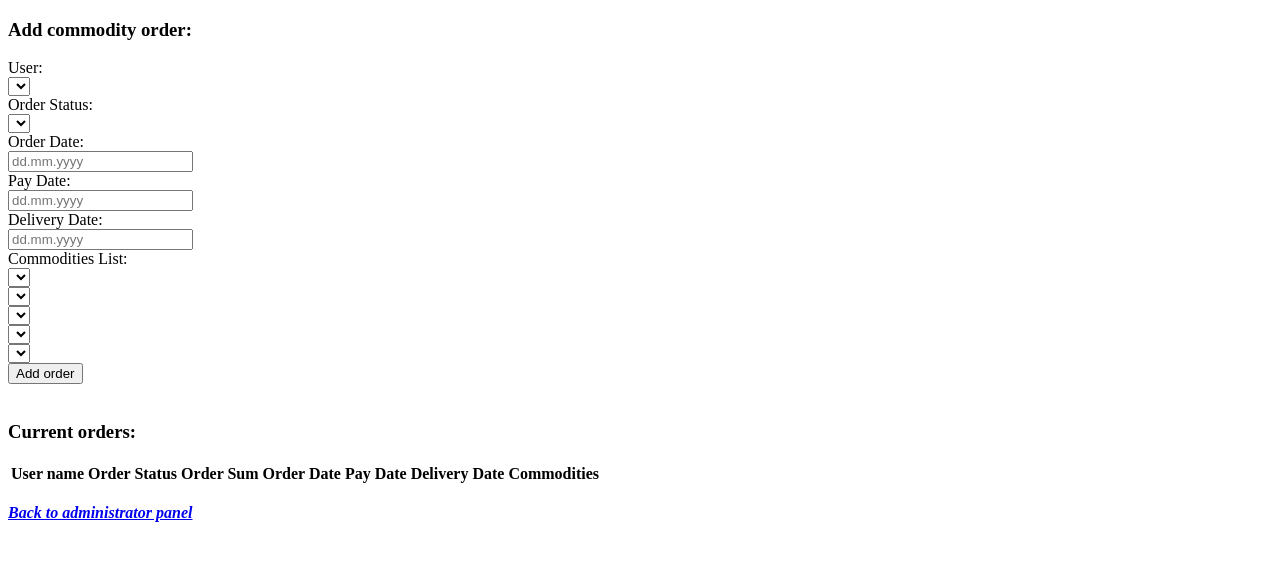
Repository: Zed180881/Zed_repo
Page: http://localhost/eShop/WEB-INF/views/adminPanel/adminCommodityOrder.jsp
The author's editor kept a copy of each file at every save. The page is drawn from the files as they stood at one save, then again after the next save.
The browser window is 1280 px wide. The pictures show the whole page.
The page is served by Tomcat 9. Nobody is signed in. Other server files are loaded and not shown. The template is opened directly, without the code that normally fills it, so the values that code supplies are empty.

Above is the page before, as saved 2016-08-12 11:08:21.

### JavaProj/eShop/src/main/webapp/WEB-INF/views/adminPanel/adminCommodityOrder.jsp
<%@ page language="java" contentType="text/html; charset=UTF-8"
	pageEncoding="UTF-8"%>
<%@ taglib prefix="c" uri="http://java.sun.com/jsp/jstl/core"%>
<%@ taglib uri="http://www.springframework.org/tags/form" prefix="form"%>
<!DOCTYPE html>
<html>
<head>
<meta charset="UTF-8">
<title>Commodity Order Management</title>
</head>
<body>
	<h3>Add commodity order:</h3>
	<form:form action="/admin/order" method="post" modelAttribute="commodityOrder">
		<form:input path="id" type="hidden"/>
		<label for="user">User:</label><br>
		<form:select path="userName" id="userName">
			<c:forEach items="${users}" var="user">
				<option value="${user.fullName}">${user.fullName}</option>
			</c:forEach>
		</form:select><br>
		<label for="orderStatusName">Order Status:</label><br>
		<select name="orderStatusName" id="orderStatusName">
			<c:forEach items="${orderStatuses}" var="orderStatus">
				<option value="${orderStatus.orderStatusName}">${orderStatus.orderStatusName}</option>
			</c:forEach>
		</select><br>
		<label for="orderDate">Order Date:</label><br>
		<input type="text" name="orderDate" placeholder="dd.mm.yyyy" required><br>
		<label for="payDate">Pay Date:</label><br>
		<input type="text" name="payDate" placeholder="dd.mm.yyyy"><br>
		<label for="deliveryDate">Delivery Date:</label><br>
		<input type="text" name="deliveryDate" placeholder="dd.mm.yyyy"><br>
		<label for="commodityModel1">Commodities List:</label><br>
		<select name="commodityModel1">
			<c:forEach items="${commodities}" var="commodity">
				<option value="${commodity.model}">${commodity.model}</option>
			</c:forEach>
		</select><br>
		<select name="commodityModel2">
			<option value=""></option>
			<c:forEach items="${commodities}" var="commodity">
				<option value="${commodity.model}">${commodity.model}</option>
			</c:forEach>
		</select><br>
		<select name="commodityModel3">
			<option value=""></option>
			<c:forEach items="${commodities}" var="commodity">
				<option value="${commodity.model}">${commodity.model}</option>
			</c:forEach>
		</select><br>
		<select name="commodityModel4">
			<option value=""></option>
			<c:forEach items="${commodities}" var="commodity">
				<option value="${commodity.model}">${commodity.model}</option>
			</c:forEach>
		</select><br>
		<select name="commodityModel5">
			<option value=""></option>
			<c:forEach items="${commodities}" var="commodity">
				<option value="${commodity.model}">${commodity.model}</option>
			</c:forEach>
		</select><br>
		<input type="submit" value="Add order">
	</form:form><br>
	<h3>Current orders:</h3>
	<table>
		<tr>
			<th>User name</th>
			<th>Order Status</th>
			<th>Order Sum</th>
			<th>Order Date</th>
			<th>Pay Date</th>
			<th>Delivery Date</th>
			<th>Commodities</th>
		</tr>
	<c:forEach items="${commodityOrders}" var="order">
		<tr>
			<td>${order.user.fullName}</td>
			<td>${order.orderStatus.orderStatusName}</td>
			<td>${order.sum}</td>
			<td>${order.orderDate}</td>
			<td>${order.payDate}</td>
			<td>${order.deliveryDate}</td>
			<td>
				<ul>
					<c:forEach items="${order.commodities}" var="commodity">
						<li>${commodity.model}</li>
					</c:forEach>
				</ul>
			</td>
			<td><a href="/admin/order/delete/${order.id}">delete</a></td>
			<td><a href="/admin/order/edit/${order.id}">edit</a></td>
		</tr>
	</c:forEach>
	</table><br>
	<a href="/admin"><b><i>Back to administrator panel</i></b></a>
</body>
</html>

After the next save:
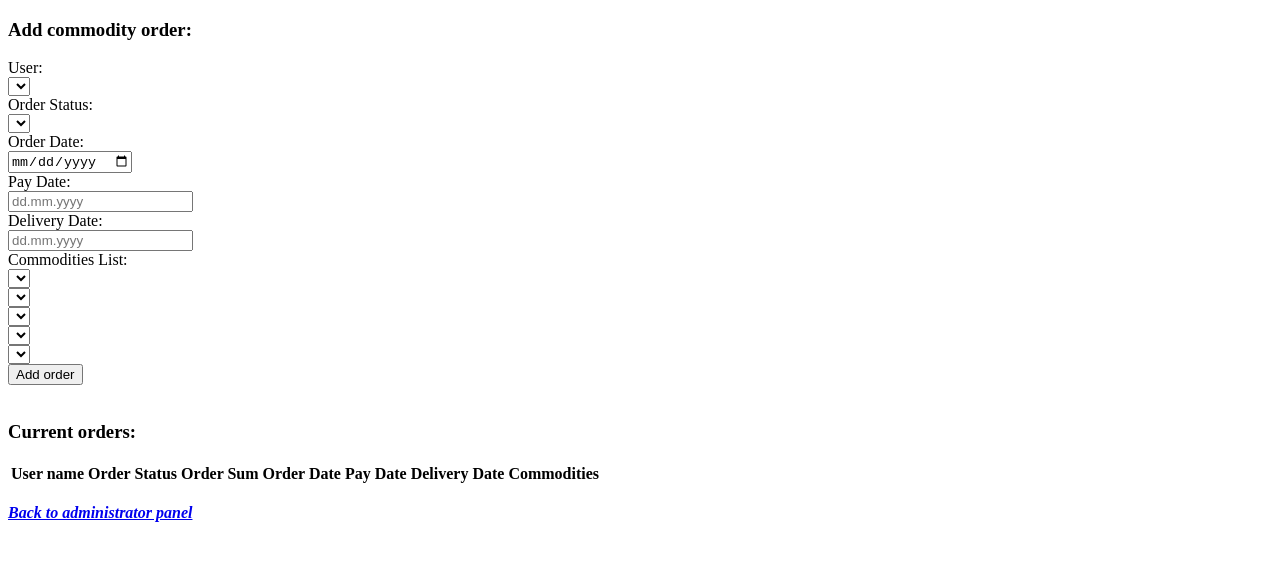
Saved 2 min 3 s later.
--- a/JavaProj/eShop/src/main/webapp/WEB-INF/views/adminPanel/adminCommodityOrder.jsp
+++ b/JavaProj/eShop/src/main/webapp/WEB-INF/views/adminPanel/adminCommodityOrder.jsp
@@ -18,14 +18,14 @@
 				<option value="${user.fullName}">${user.fullName}</option>
 			</c:forEach>
 		</form:select><br>
-		<label for="orderStatusName">Order Status:</label><br>
-		<select name="orderStatusName" id="orderStatusName">
+		<label for="orderStatus">Order Status:</label><br>
+		<form:select path="orderStatus" id="orderStatus">
 			<c:forEach items="${orderStatuses}" var="orderStatus">
 				<option value="${orderStatus.orderStatusName}">${orderStatus.orderStatusName}</option>
 			</c:forEach>
-		</select><br>
+		</form:select><br>
 		<label for="orderDate">Order Date:</label><br>
-		<input type="text" name="orderDate" placeholder="dd.mm.yyyy" required><br>
+		<form:input type="date" path="orderDate" id="orderDate" required="true"/><br>
 		<label for="payDate">Pay Date:</label><br>
 		<input type="text" name="payDate" placeholder="dd.mm.yyyy"><br>
 		<label for="deliveryDate">Delivery Date:</label><br>
